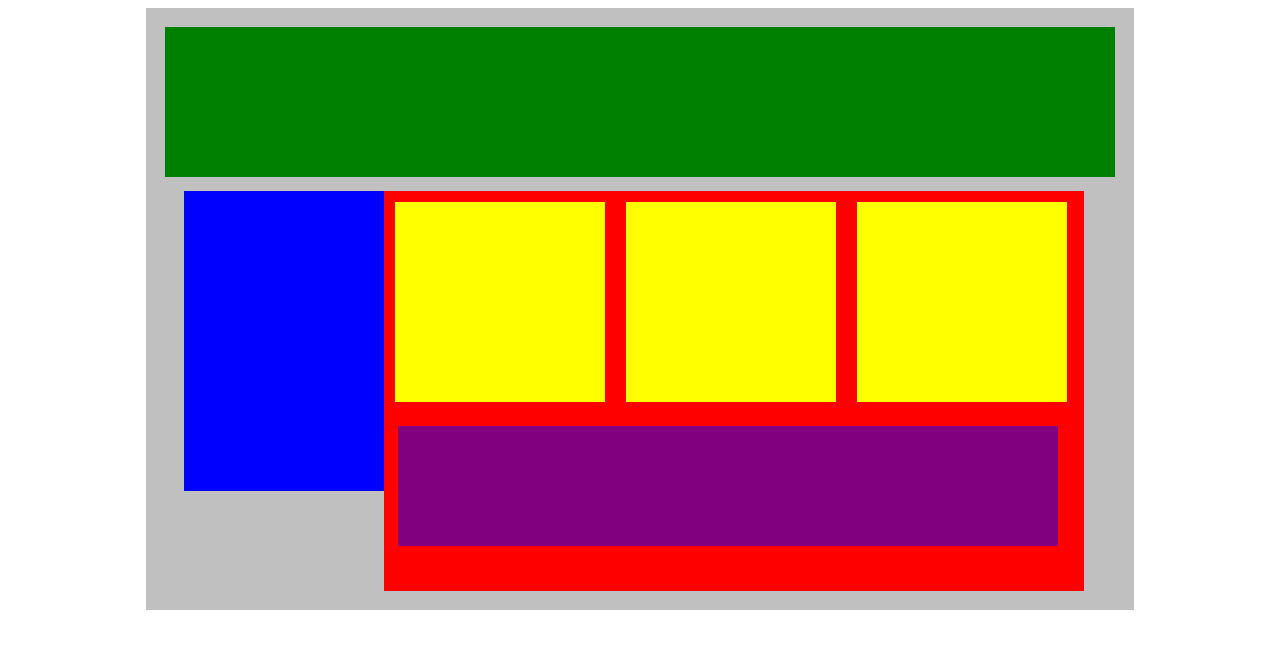
Repository: Fredy452/Fundamentos_de_la_Web
Page: Trabajos/Bloques-Flex/index.html
The author's editor kept a copy of each file at every save. The page is drawn from the files as they stood at one save, then again after the next save.
The browser window is 1280 px wide. The pictures show the whole page.

Above is the page before, as saved 2023-06-16 18:26:03.

### Trabajos/Bloques-Flex/index.html
<!DOCTYPE html>
<html lang="en">
<head>
    <meta charset="UTF-8">
    <meta name="viewport" content="width=device-width, initial-scale=1.0">
    <title>Bloque usando flex</title>
    <link rel="stylesheet" href="style.css">
</head>
<body>
    <div class="container">
        <div class="top-nav"></div>
        <div class="row">
            <div class="side-nav"></div>
            <div class="main">
                <div class="row">
                    <div class="sub-content"></div>
                    <div class="sub-content"></div>
                    <div class="sub-content"></div>
                </div>
                <div id="advertisement"></div>
            </div>
        </div>
    </div>
</body>
</html>

### Trabajos/Bloques-Flex/style.css
.container{
    width: 950px;
    background-color:silver;
    margin: 0 auto;
    padding: 1.5%;
    display: flex;
    flex-direction: column;
}
.top-nav{
    height: 150px;
    width: 950px;
    background-color: green;
    margin-bottom: 1.5%;
}
.row{
    display: flex;
}
.side-nav{
    height: 300px;
    width: 200px;
    background-color: blue;
    margin-left: 2%;
}
.main{
    height: 400px;
    width: 700px;
    background-color:red;
}
.sub-content{
    width: 210px;
    height: 200px;
    background-color:yellow;
    margin: 1.5%;
}
#advertisement{
    width: 660px;
    height: 120px;
    background-color:purple;
    margin: 2%;
}

After the next save:
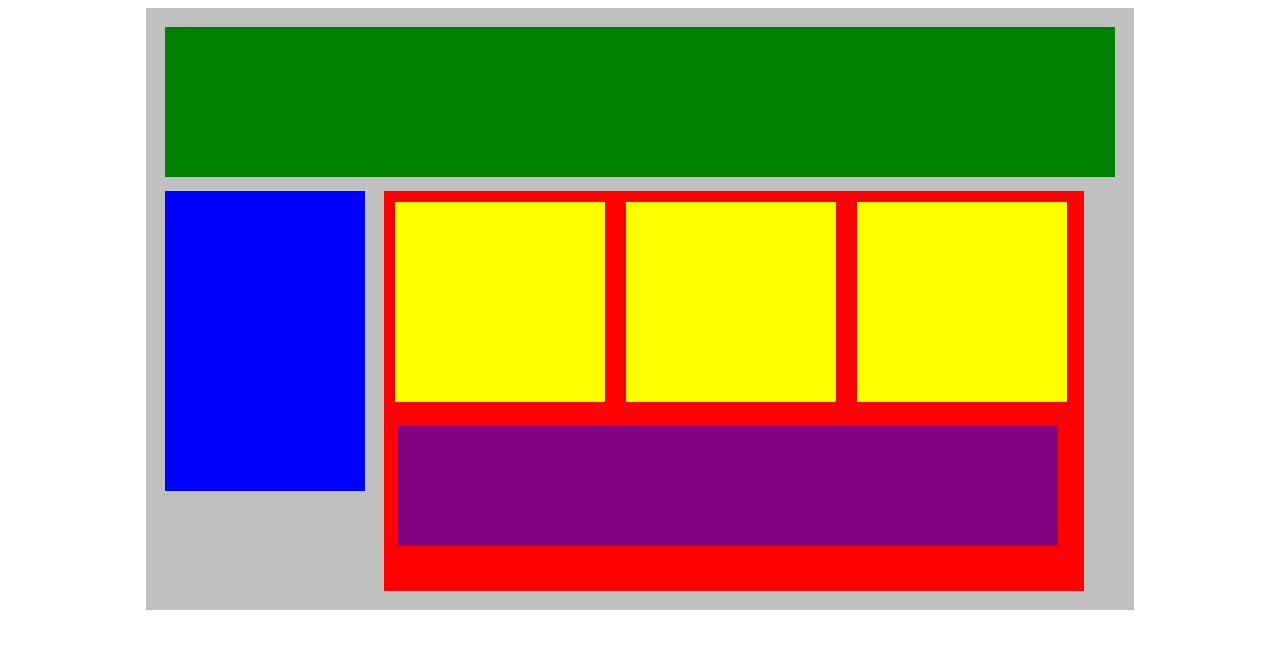
Saved 7 s later.
--- a/Trabajos/Bloques-Flex/style.css
+++ b/Trabajos/Bloques-Flex/style.css
@@ -19,7 +19,7 @@
     height: 300px;
     width: 200px;
     background-color: blue;
-    margin-left: 2%;
+    margin-right: 2%;
 }
 .main{
     height: 400px;
